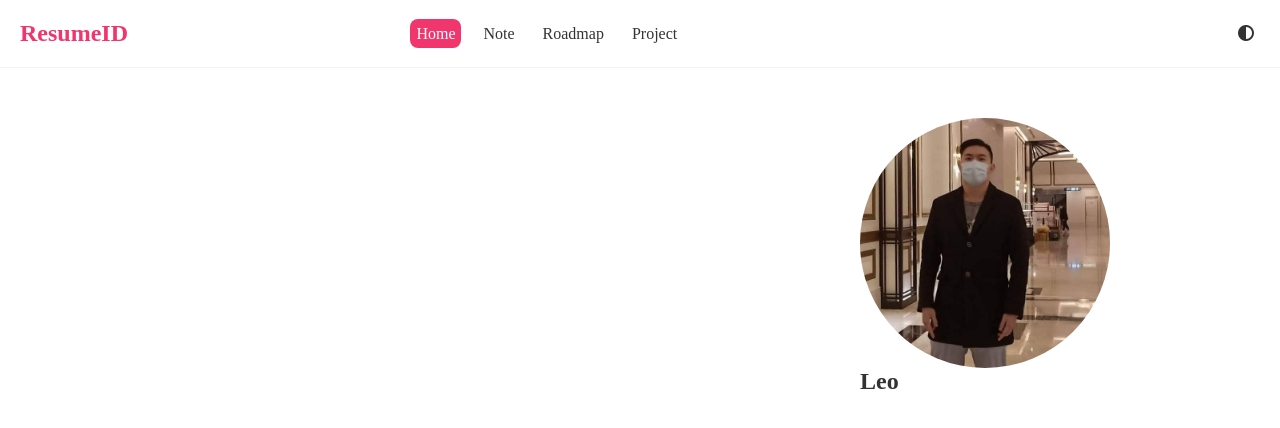
Repository: leo-play-code/ResumeID
Page: /
The author's editor kept a copy of each file at every save. The page is drawn from the files as they stood at one save, then again after a run of saves.
The browser window is 1280 px wide. The pictures show the whole page.
Some web libraries are served in a nearby version. The project was rebuilt for these pictures with package versions that can differ from the ones it lists, and the page was loaded fresh each time. Also part of the build but not shown: src/Note/Note.js, src/Roadmap/Roadmap.js, src/Project/Project.js.

Above is the page before, as saved 2022-10-18 13:57:03.

### public/index.html
<!DOCTYPE html>
<html lang="en">
  <head>
    <meta charset="utf-8" />
    <link rel="icon" href="%PUBLIC_URL%/favicon.ico" />
    <meta name="viewport" content="width=device-width, initial-scale=1" />
    <meta name="theme-color" content="#000000" />
    <meta
      name="description"
      content="Web site created using create-react-app"
    />
    <link rel="apple-touch-icon" href="%PUBLIC_URL%/logo192.png" />
    <link rel="manifest" href="%PUBLIC_URL%/manifest.json" />

    <!-- fontawesome -->
    <script src="https://kit.fontawesome.com/14e9a4f90b.js" crossorigin="anonymous"></script>
    <title>React App</title>
  </head>
  <body>
    <noscript>You need to enable JavaScript to run this app.</noscript>
    <div id="root"></div>
  </body>
</html>

### src/index.css
/* base styles */
* {
  margin: 0;
  font-family: "Quicksand";
  color: #333;
}
.navbar {
  padding: 20px;
  display: flex;
  align-items: center;
  max-width: 100%;
  margin: 0 auto;
  border-bottom: 1px solid #f2f2f2;
}
.navbar h1 {
  color: #f1356d;
}
.navbar-center{
  margin-inline: auto;
}
.navbar-center .page-selected{
  color:white;
  background: #f1356d;
  border-radius: 8px;
  pointer-events: none;
}
.navbar .navbar-right {
  margin-left: auto;
}
.navbar a {
  margin-left: 16px;
  text-decoration: none;
  padding: 6px;
}
.navbar a:hover {
  color: #f1356d;
}
.content {
  max-width: 600px;
  margin: 40px auto;
  padding: 20px;
}

/* Home */
.Home .profile-container{
  width:400px;
  height:300px;
  margin-top: 50px;
  margin-right:20px;
  margin-bottom: 20px;
  float:right;
}

.Home .profile-container img{
  border-radius: 50%;
  max-width: 250px;
  vertical-align: middle;
}

.

### src/App.js
import Navbar from './Navbar/Navbar';
import { BrowserRouter as Router,Route,Switch} from 'react-router-dom'
import Home from './Home/Home';
import Note from './Note/Note';
import Roadmap from './Roadmap/Roadmap';
import Project from './Project/Project';

function App(){
    return (
        <Router>
            <div className="App">
            <Navbar />
                <Switch>
                    <Route exact path='/'>
                        <Home />
                    </Route>
                    <Route exact path='/Note'>
                        <Note />
                    </Route>
                    <Route exact path='/Roadmap'>
                        <Roadmap />
                    </Route>
                    <Route exact path='/Project'>
                        <Project />
                    </Route>

                </Switch>
            </div>
        </Router>

    )
}

export default App;

### src/Navbar/Navbar.js
import { useEffect, useState } from 'react';
import {Link} from 'react-router-dom';

function Navbar(){
    const [navbar_state,setPageState] = useState('');
    function ChangeColor(){
        console.log('changecolor')
    }
    function PageSelected(navbar_state){
        setPageState(navbar_state)
    }
    useEffect(()=>{
        const init_url_arr = window.location.href.split('/')
        const init_url_page = init_url_arr[init_url_arr.length-1]
        setPageState(init_url_page)
    })
    return (
        <nav className="navbar">
            <h1>ResumeID</h1>
            <span className='navbar-center'>
                {(navbar_state == '')&& <Link to="/" className='page-selected'>Home</Link>}
                {!(navbar_state == '')&&<Link to="/" onClick={()=>PageSelected('Home')}>Home</Link>}
                {(navbar_state == 'Note')&& <Link to="/Note" className='page-selected'>Note</Link>}
                {!(navbar_state == 'Note')&&<Link to="/Note" onClick={()=>PageSelected('Note')}>Note</Link>}
                {(navbar_state == 'Roadmap')&& <Link to="/Roadmap" className='page-selected'>Roadmap</Link>}
                {!(navbar_state == 'Roadmap')&&<Link to="/Roadmap" onClick={()=>PageSelected('Roadmap')}>Roadmap</Link>}
                {(navbar_state == 'Project')&& <Link to="/Project" className='page-selected'>Project</Link>}
                {!(navbar_state == 'Project')&&<Link to="/Project" onClick={()=>PageSelected('Project')}>Project</Link>}
            </span>
            <div className="navbar-right">
                <a onClick={ChangeColor}><i className="fa-solid fa-circle-half-stroke"></i></a>
            </div>
        </nav>
    )
}

export default Navbar ;

### src/Home/Home.js


function Home(){
    const pic = require('./static/image/selfy.jpg');
    return(
        <div className="Home">
            <div className="profile-container">
                <img src={pic} alt="" />
                <h2>Leo</h2>
            </div>
        </div>
    )
}


export default Home ;

Loaded but not shown: src/index.js (common file); src/reportWebVitals.js (common file)

After the next 4 saves:
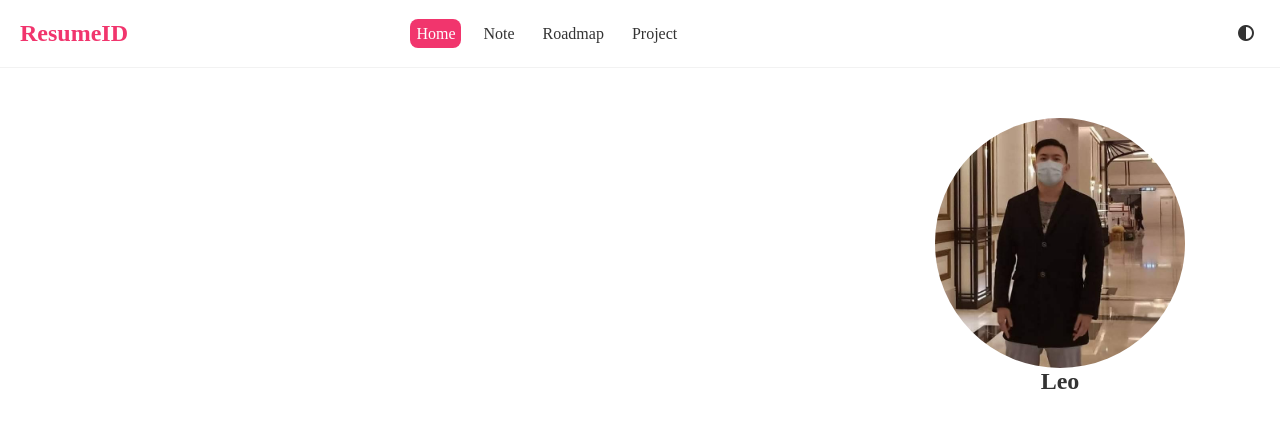
The 4 saves are shown as one change because they came seconds apart.
The last was saved 13 s later.
--- a/src/index.css
+++ b/src/index.css
@@ -49,6 +49,7 @@
   margin-right:20px;
   margin-bottom: 20px;
   float:right;
+  text-align: center;
 }
 
 .Home .profile-container img{
@@ -56,5 +57,3 @@
   max-width: 250px;
   vertical-align: middle;
 }
-
-.
